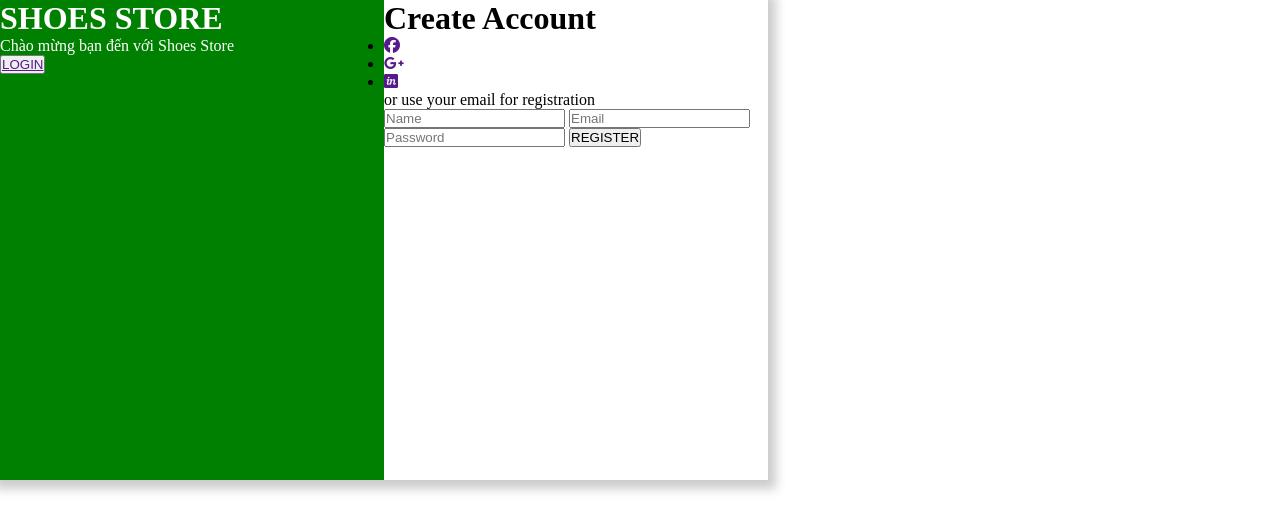
Repository: levananh202ht/Shoes-Store
Page: FondEnd/Styles/Register.html
An editor plug-in stored every save of this project. The page is shown before and after the next save, followed by the edit.
The browser window is 1280 px wide. The pictures show the whole page.

Above is the page before, as saved 2023-12-23 03:36:32.

After the next save:
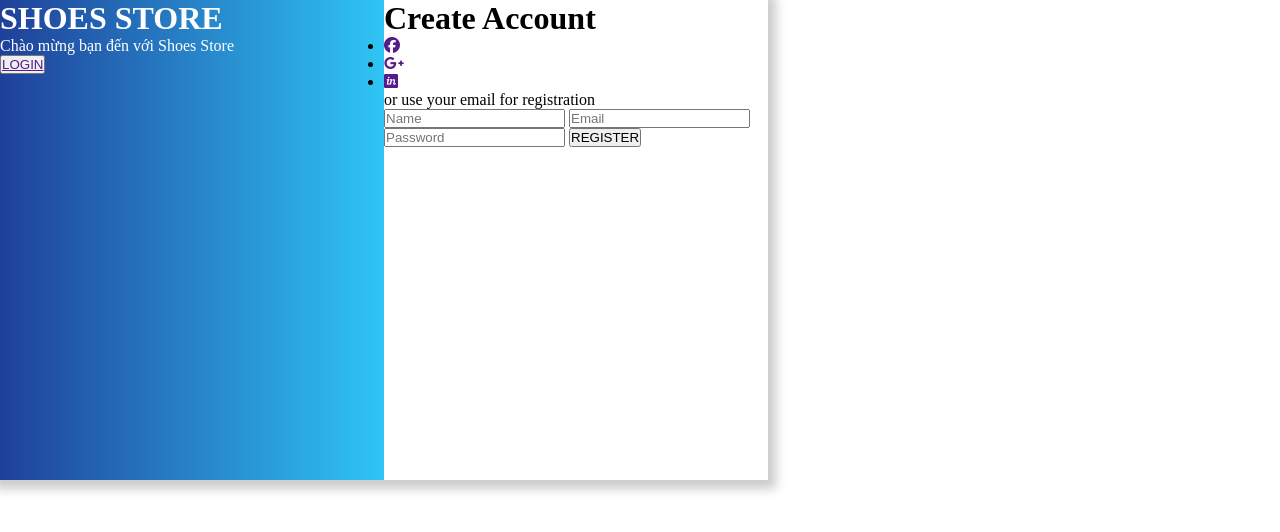
Saved 37 s later.
--- a/FondEnd/Styles/Register.css
+++ b/FondEnd/Styles/Register.css
@@ -16,7 +16,7 @@ body{
     box-shadow:1px 2px 10px 7px #ccc  ;
 }
 .container .container_title {
-    background: green;
+    background: linear-gradient(to right, #1f409a, #2fc5f4);
     width: 50%;
     color: #fff;
 }
